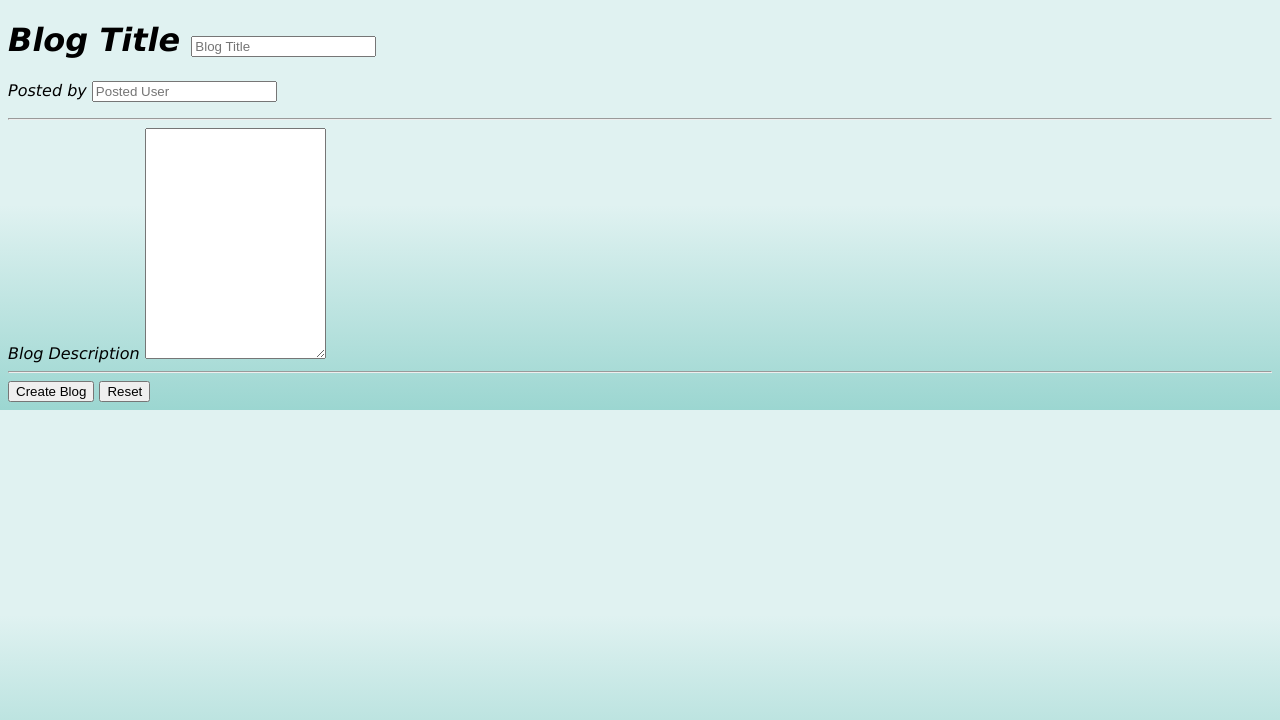
Repository: Indurupi/FriendZone
Page: FriendZoneFrontEnd/WebContent/createblog.html
The author's editor kept a copy of each file at every save. The page is drawn from the files as they stood at one save, then again after the next save.
The browser window is 1280 px wide. The pictures show the whole page.

Above is the page before, as saved 2017-03-18 15:40:49.

### FriendZoneFrontEnd/WebContent/createblog.html
<!DOCTYPE html>
<html lang="en">
<meta charset="ISO-8859-1">
<head>

<meta charset="utf-8">
<meta http-equiv="X-UA-Compatible" content="IE=edge">
<meta name="viewport" content="width=device-width, initial-scale=1">
<meta name="description" content="">
<meta name="author" content="">
<title>FriendZone</title>

<!-- HTML5 Shim and Respond.js IE8 support of HTML5 elements and media queries -->
<!-- WARNING: Respond.js doesn't work if you view the page via file:// -->
<!--[if lt IE 9]>
        <script src="https://oss.maxcdn.com/libs/html5shiv/3.7.0/html5shiv.js"></script>
        <script src="https://oss.maxcdn.com/libs/respond.js/1.4.2/respond.min.js"></script>
        <![endif]-->
<style type="text/css">
body {
	background: linear-gradient(to bottom, #e0f2f1 50%, #80cbc4 120%);
	font-family: Verdana, san-serif;
	font-style: italic;
}
</style>

</head>

<body ng-app="friendzoneApp">
	<div ng-controller="blogcontrol as bc">
		<div class="container">
			<div class="row">
				<div class="col-lg-8">
					<form ng-submit="bc.submitblog()" method="post">

						<!-- Blog Post -->

						<!-- Title -->
						<h1>
							<div class="form-group">
								<label>Blog Title</label> <input type="text"
									class="form-control" placeholder="Blog Title"
									ng-model="bc.blog.blogTitle">
							</div>
						</h1>

						<!-- Author -->
						<div class="form-group">
							<p class="lead">
								Posted by <input type="text" class="form-control"
									placeholder="Posted User" ng-model="bc.blog.postedUser">
							</p>
						</div>


						<hr>
						<div class="form-group">
							<label>Blog Description</label>
							<textarea class="form-control" rows="15"
								ng-model="bc.blog.blogDescription"></textarea>
						</div>
						<hr>
						<button class="btn" id="custom-button" type="submit">Create
							Blog</button>
						<button class="btn" id="custom-button" ng-click="bc.reset()"
							type="reset">Reset</button>
					</form>
				</div>
			</div>
		</div>
		<!-- <div ng-repeat="blogobj in bc.blogs">
			userid:{{blogobj.userId}}<br> posteddate:{{blogobj.postedDate}}<br>
			blogid:{{blogobj.blogid}}<br> posteduser:{{blogobj.postedUser}}<br>
			blogtitle:{{blogobj.blogTitle}}<br>
			blogdescription:{{blogobj.blogDescription}}<br><br>
			<br>
		</div> -->
	</div>
</body>
</html>

After the next save:
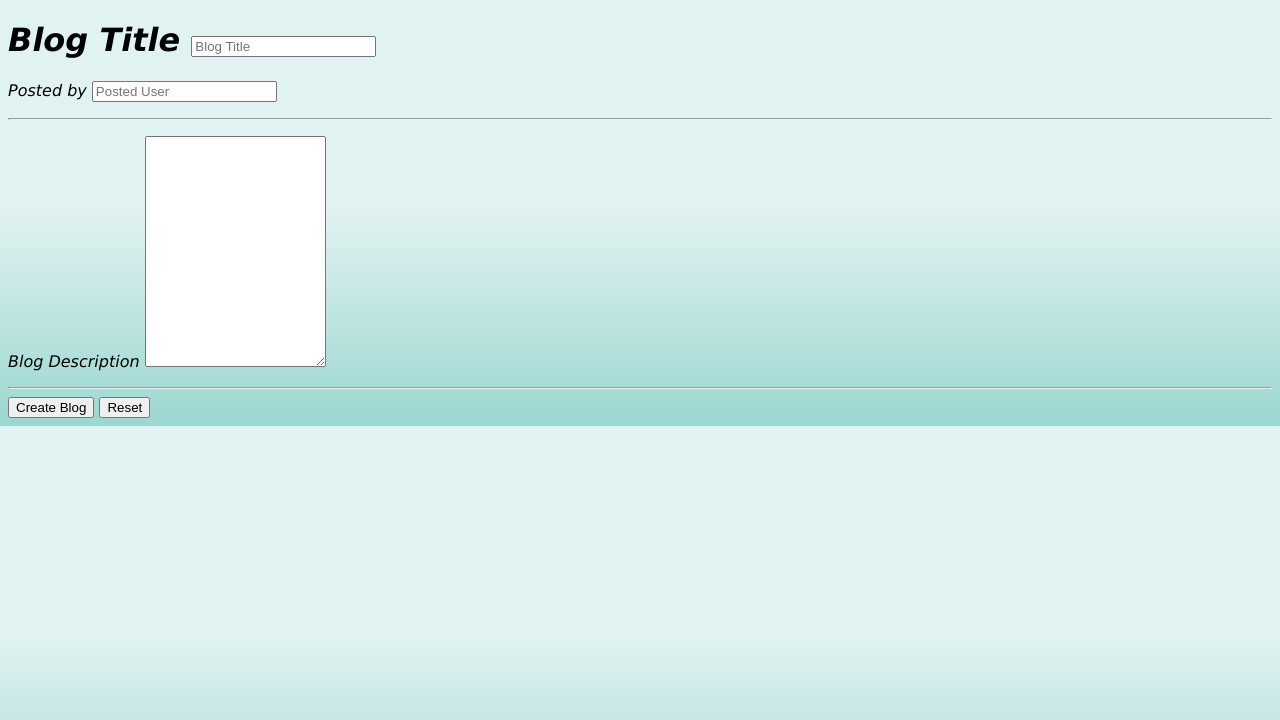
Saved 35 s later.
--- a/FriendZoneFrontEnd/WebContent/createblog.html
+++ b/FriendZoneFrontEnd/WebContent/createblog.html
@@ -55,9 +55,10 @@ body {
 
 						<hr>
 						<div class="form-group">
-							<label>Blog Description</label>
+							<p>Blog Description
 							<textarea class="form-control" rows="15"
 								ng-model="bc.blog.blogDescription"></textarea>
+							</p>
 						</div>
 						<hr>
 						<button class="btn" id="custom-button" type="submit">Create
